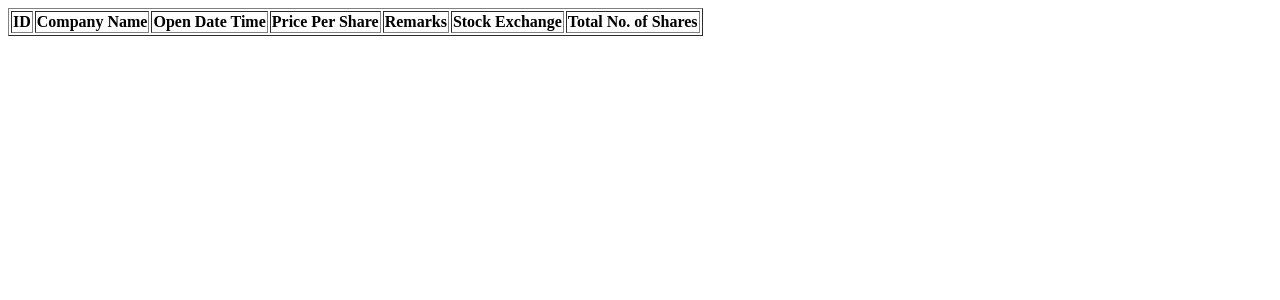
Repository: Gurudutt-S/cts-training
Page: http://localhost/StockExchangeChartingWeb/WEB-INF/views/ipoDetails.jsp
The author's editor kept a copy of each file at every save. The page is drawn from the files as they stood at one save, then again after the next save.
The browser window is 1280 px wide. The pictures show the whole page.
The page is served by Tomcat 9. Nobody is signed in. Other server files are loaded and not shown. The template is opened directly, without the code that normally fills it, so the values that code supplies are empty.

Above is the page before, as saved 2020-02-11 09:59:23.

### Day_35/StockExchangeChartingWeb/src/main/webapp/WEB-INF/views/ipoDetails.jsp
<%@ page isELIgnored="false"%>
<%@ taglib uri="http://java.sun.com/jsp/jstl/core" prefix="c"%>

<%@ page language="java" contentType="text/html; charset=ISO-8859-1"
	pageEncoding="ISO-8859-1"%>
<!DOCTYPE html>
<html>
<head>
<meta charset="ISO-8859-1">
<title>IPO Details</title>
</head>
<body>
	<table border="1">
		<tr>
			<th>ID</th>
			<th>Company Name</th>
			<th>Open Date Time</th>
			<th>Price Per Share</th>
			<th>Remarks</th>
			<th>Stock Exchange</th>
			<th>Total No. of Shares</th>
		</tr>
		<c:forEach var="ipo" items="${ipo }">
			<tr>
				<td>${ipo.id }</td>
				<td>${ipo.companyName }</td>
				<td>${ipo.opendateTime }</td>
				<td>${ipo.priceperShare }</td>
				<td>${ipo.remarks }</td>
				<td>${ipo.stockExchange }</td>
				<td>${ipo.totalNoOfShares }</td>
			</tr>
		</c:forEach>

	</table>
</body>
</html>

### Day_35/StockExchangeChartingWeb/src/main/webapp/WEB-INF/views/header.jsp
<%@ page language="java" contentType="text/html; charset=ISO-8859-1"
    pageEncoding="ISO-8859-1"%>
<!DOCTYPE html>
<html>
<head>
<meta charset="ISO-8859-1">
<title>Stock Exchange</title>
</head>
<body>

	<div>
		<ul>
			<li><a href="index.jsp">Home</a></li>
			<li><a href="ipoDetails.jsp">IPO Details</a></li>
			<li><a href="StockPrice.jsp">Stock Price</a></li>
		</ul>
	</div>

</body>
</html>

After the next save:
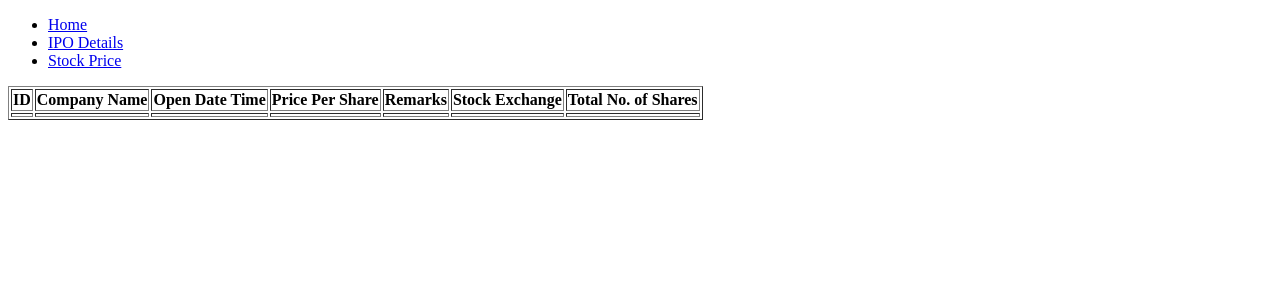
Saved 23 s later.
--- a/Day_35/StockExchangeChartingWeb/src/main/webapp/WEB-INF/views/ipoDetails.jsp
+++ b/Day_35/StockExchangeChartingWeb/src/main/webapp/WEB-INF/views/ipoDetails.jsp
@@ -1,15 +1,4 @@
-<%@ page isELIgnored="false"%>
-<%@ taglib uri="http://java.sun.com/jsp/jstl/core" prefix="c"%>
-
-<%@ page language="java" contentType="text/html; charset=ISO-8859-1"
-	pageEncoding="ISO-8859-1"%>
-<!DOCTYPE html>
-<html>
-<head>
-<meta charset="ISO-8859-1">
-<title>IPO Details</title>
-</head>
-<body>
+<%@ include file="header.jsp" %>
 	<table border="1">
 		<tr>
 			<th>ID</th>
